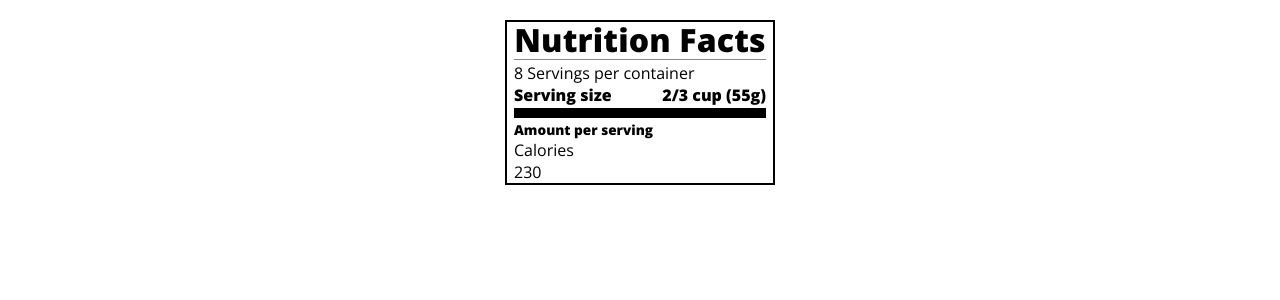
Repository: Lungdjos/typography
Page: index.html
An editor plug-in stored every save of this project. The page is shown before and after a run of saves, followed by the edit.
The browser window is 1280 px wide. The pictures show the whole page.

Above is the page before, as saved 2023-10-28 01:28:49.

After the next 2 saves:
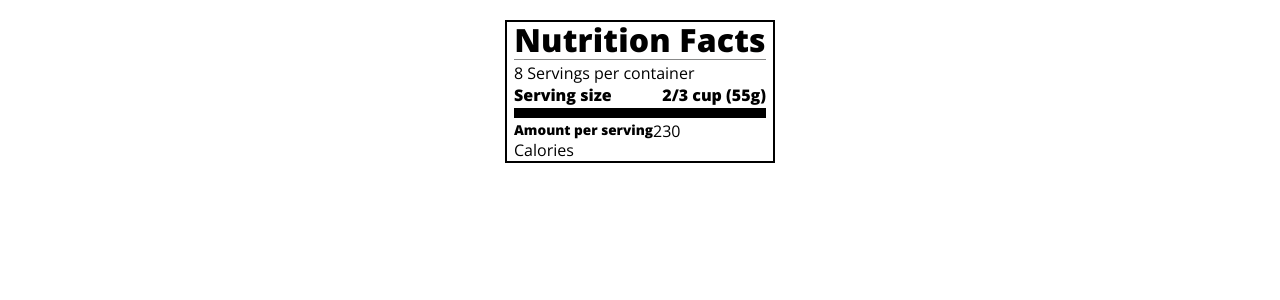
The 2 saves are shown as one change because they came seconds apart.
The last was saved 6 s later.
--- a/styles.css
+++ b/styles.css
@@ -57,5 +57,5 @@ p {
 }
 
 .calories-info {
-    dis
+    display: flex;
 }
